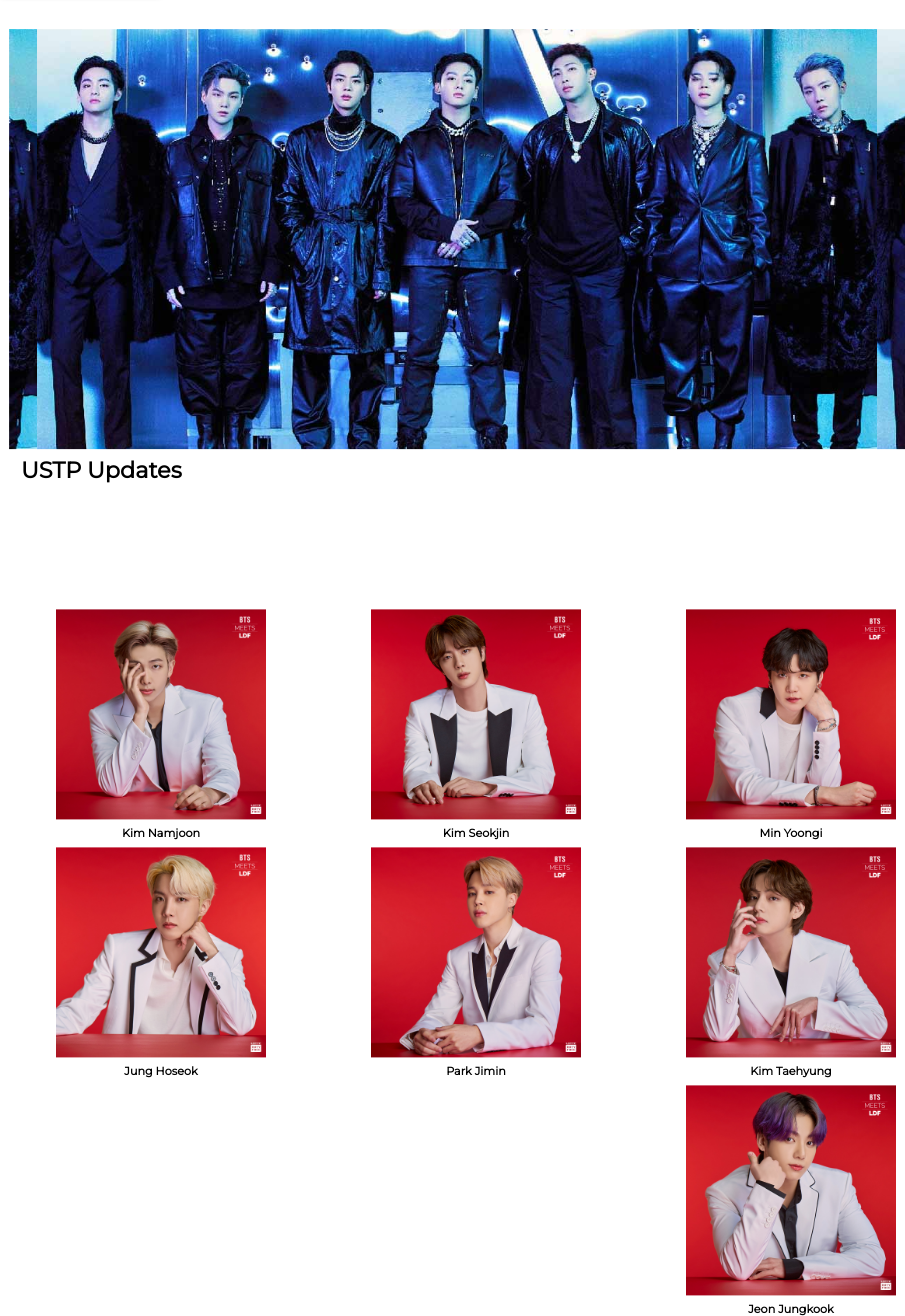
Repository: Joy5345/Colis-MidTerm_PIT
Page: index.html
An editor plug-in stored every save of this project. The page is shown before and after the next save, followed by the edit.
The browser window is 1280 px wide. The page is 1293 px wide, so the pictures cover 1293 px, including what lies to the right of the window. The pictures show the part of the page from y = 911 to 2791 px (the page is 2791 px tall before and 2468 px after), at 70% of full size.

Above is the page before, as saved 2023-07-29 19:56:34.

### index.html
<!DOCTYPE html>
<html lang="en">
<head>
    <meta charset="UTF-8">
    <meta name="viewport" content="width=device-width, initial-scale=1.0">
    <link rel="stylesheet" href="css/style.css">
    <link rel="stylesheet" href="https://cdnjs.cloudflare.com/ajax/libs/font-awesome/6.4.0/css/all.min.css" integrity="sha512-iecdLmaskl7CVkqkXNQ/ZH/XLlvWZOJyj7Yy7tcenmpD1ypASozpmT/E0iPtmFIB46ZmdtAc9eNBvH0H/ZpiBw==" crossorigin="anonymous" referrerpolicy="no-referrer" />
    <link rel="preconnect" href="https://fonts.googleapis.com">
    <link rel="preconnect" href="https://fonts.gstatic.com" crossorigin>
    <link href="https://fonts.googleapis.com/css2?family=Montserrat:wght@100;200;300;400&display=swap" rel="stylesheet">
    <title>USTP</title>

</head>
<body>
    <div class="main1">
        <div class="nav-menu1">
            <nav>
                <ul>
                    <li><a href="#"><i class="fa-solid fa-arrow-up-right-from-square"></i>Career Center</a></li>
                    <li><a href="#"><i class="fa-solid fa-arrow-up-right-from-square"></i>Student Affairs</a></li>
                    <li><a href="#"><i class="fa-solid fa-arrow-up-right-from-square"></i>Alumni Affairs</a></li>
                    <li><a href="#"><i class="fa-solid fa-arrow-up-right-from-square"></i>Employees</a></li>
                    <li><a href="#"><i class="fa-solid fa-ear-listen"></i>COVID-19 Response</a></li>
                </ul>
            </nav>

            <div class="nav-icon">
                <a href="#"><i class="fa-solid fa-magnifying-glass"></i></a>
                <a href="#"><i class="fa-brands fa-twitter"></i></a>
                <a href="#"><i class="fa-brands fa-instagram"></i></a>
                <a href="#"><i class="fa-brands fa-youtube"></i></a>
                <a href="#"><i class="fa-brands fa-facebook-f"></i></a>
            </div>
        </div>
    </div>

    <div class="nav-menu2">
        <div class="container1">
            <nav>
                <div class="logo1">
                    <img src="images/USTP logo.png" alt="USTP" class="Univ">
                </div>
            </nav>


            <div class="nav-services">
                    <ul>
                        <li><a href="#">About <i class="fa-solid fa-angle-down"></i></a></li>
                        <li><a href="#">Academics <i class="fa-solid fa-angle-down"></i></a></li>
                        <li><a href="#">Research, Innovation & Entrepreneurship <i class="fa-solid fa-angle-down"></i></a></li>
                        <li><a href="#">Global <i class="fa-solid fa-angle-down"></i></a></li>
                        <li><a href="#">Updates <i class="fa-solid fa-angle-down"></i></a></li>
                        <li><a href="#">Services <i class="fa-solid fa-angle-down"></i></a></li>
                    </ul>
            </div>

        </div>
    </div>

    <div class="wallpaper1"></div>

    <div class="logos">
        <div class="container2">
            <img src="images/logo1.png" alt="Logo 1">
            <img src="images/logo2.png" alt="Logo 2">
            <img src="images/logo3.png" alt="Logo 3">
            <img src="images/logo4.png" alt="Logo 4">
            <img src="images/logo5.png" alt="Logo 5">
            <img src="images/logo6.png" alt="Logo 6">
        </div>
    </div>

    <div class="about-ustp-header">
        <nav class="about-ustp">
            <a href="#">ABOUT USTP</a>
        </nav>
    </div>

        <div>
            <div class="info">
                <p>Lorem ipsum dolor sit, amet consectetur adipisicing elit. Mollitia esse quisquam, velit laboriosam unde nostrum, vel beatae voluptate tempora commodi culpa consequatur perferendis corporis officia dignissimos eveniet assumenda consequuntur natus perspiciatis rem aspernatur recusandae. Laborum aspernatur quo sequi molestiae provident, amet reprehenderit, modi quaerat ut cum temporibus accusantium eveniet tenetur.</p> <br>

                <p>Lorem ipsum dolor sit amet consectetur adipisicing elit. Temporibus quos harum officiis quae incidunt nam vero consectetur similique cumque quisquam. Doloribus exercitationem perspiciatis sed obcaecati voluptas eum quam delectus temporibus veritatis, recusandae laboriosam minus quos ad sint quaerat corporis omnis voluptatem eveniet sit aperiam cupiditate. Dolor minus temporibus voluptatum tempora!</p>
            </div>
        </div>
    </div>

    <div class="learn-more">
        <div class="learn-more-btn">
            <a href="#" class="learn-more-link">Learn more about USTP</a>
        </div>
    </div>

    <div class="wallpaper2"></div>

    <h1>USTP Updates</h1>

    <div class="container4">
        <div class="card">
            <img src="images/kim namjoon.jpg" alt="card1">
            <div class="name">
              <p>Kim Namjoon</p>
            </div>
        </div>

        <div class="card">
            <img src="images/kim seokjin.jpg" alt="card2">
            <div class="name">
              <p>Kim Seokjin</p>
            </div>
        </div>

        <div class="card">
            <img src="images/min yoongi.jpg" alt="card3">
            <div class="name">
              <p>Min Yoongi</p>
            </div>
        </div>

        <div class="card">
            <img src="images/jung hoseok.jpg" alt="card4">
            <div class="name">
              <p>Jung Hoseok</p>
            </div>
        </div>

        <div class="card">
            <img src="images/park jimin.jpg" alt="card5">
            <div class="name">
              <p>Park Jimin</p>
            </div>
        </div>

        <div class="card">
            <img src="images/kim taehyung.jpg" alt="card6">
            <div class="name">
              <p>Kim Taehyung</p>
            </div>
        </div>

        <div class="card">
            <img src="images/jeon jungkook.jpg" alt="card7">
            <div class="name">
              <p>Jeon Jungkook</p>
            </div>
        </div>
    </div>


</body>
</html>

### css/style.css
*{
    font-family: Montserrat;
    box-sizing: border-box;
    margin: 0 0;
}
.main1{
    display: flex;
    background-color: rgb(17, 17, 56);
    color: aliceblue;
    width: 100%;
    justify-content: center;
    padding-top: 10px;
    padding-bottom: 10px;

}
.nav-menu1{
    width: 80%;
    background-color: rgb(17, 17, 56);
    display: flex;
    align-items: center;
    justify-content: space-between;
}
nav ul{
    list-style: none;
}
nav ul li{
   display: inline-flex;
   list-style: none;
}
nav ul li a{
    margin-right: 10px;
    color: aliceblue;
    font-size: .8rem;
    text-decoration: none;
}
nav ul li a i{
    margin-right: 10px;
}
.fa-solid{
    margin-left: 5px;
}
.nav-icon i{
    margin-left: 20px;
    color: aliceblue;
}
.fa-magnifying-glass{
    color: aliceblue;
    font-size: 1rem;
    font-weight: bolder;
}
.nav ul li a:hover{
    color:gold;
}
.nav-icon i:hover{
    color: gold;
}

.nav-menu2{
    background-color: #fff;
    padding: 5px;
    display: flex;
    align-items: center;
    justify-content: space-between;
}

.container1 {
    display: flex;
    align-items: center;
}

.Univ{
    width: 350px;
    margin-right: 10px;
}

.nav-services ul{
    display: flex;
    margin-left: auto;
    align-items:end;
    text-decoration: none;
}

.nav-services > ul li{
    display: inline-flex;
    margin-left: 20px;
    list-style: none;
}

.nav-services > ul li a{
    text-decoration: none;
    color:black;
    font-weight: bold;
    font-size: small;
    margin-left: 10px;
}

.nav-services > ul li a i{
    margin-left: 10px;
}

.nav-services > ul li a:hover{
    color: gray;
}

.wallpaper1{
    height: 350px;
    width: 100%;
    margin-left: 1%;
    background-image: url("../images/bts1.jpg");
    border-top-left-radius: 50px;
    border-bottom-right-radius: 50px;
    background-position: center center;
}

.logos{
    background-color: #f0f0f0;
    padding: 20px 0;
    text-align: center;
}

.container2{
    display: flex;
    justify-content: center;
}

.container2 img {
    max-width: 70px;
    margin: 0 15px;
}

.about-ustp-header{
    background-color: #220e5f;
    padding: 20px 20px 20px 20px;
    justify-content: flex-end;
    border-radius: 10px;
}

.about-ustp{
    text-transform: uppercase;
    text-align: right;
}

.about-ustp a {
    color: #fff;
    text-decoration: none;
    margin-left: auto;
}

.info {
    padding: 40px 20px;
    background-color: #fff;
    text-align: justify;
}

.info-content {
    max-width: 500px;
    margin: 0 auto;
}


.info-content p {
    font-size: 16px;
    margin-bottom: 100px;
}

.learn-more-btn {
    text-align: right;
    margin-bottom: 50px;
    background-color: #220e5f;
    position: right;
    align-items: flex-end;
    width: fit-content;
}

.learn-more-link {
    display: inline-block;
    padding: 10px 20px;
    background-color: var(--primary-color);
    color: goldenrod;
    text-decoration: none;
    border-radius: 5px;
    font-size: 16px;
    box-shadow: 0 4px 8px rgba(0, 0, 0, 0.2);
    transition: background-color 0.2s ease;
}

.learn-more-link:hover {
    text-decoration-color: #220e5f;
    background-color: goldenrod;
}

.wallpaper2{
    height: 600px;
    width: 100%;
    margin-left: 1%;
    background-image: url("../images/bts3.jpg");
    background-position: center center;
}

h1{
    padding: 10px;
    padding-left: 30px;
}

.container4 {
    display: flex;
    height: 100vh;
    width: 100vw;
    gap: 70px;
    flex-wrap: wrap;
  }

  @media screen and (max-width: 1600px) {
    .card {
      width: 300px;
    }
  }

  @media screen and (max-width: 800px) {
    .card {
      width: 500px;
    }
    .card-container {
      justify-content: center;
    }
  }

  .card{
    height: 100px;
    width: 300px;
    display: flex;
    flex-direction: column;
    gap: 10px;
    margin-top: 170px;
    margin-left: auto;
    transition: ease-in-out 600ms;
}

.name{
    text-align: center;
    font-weight: bolder;
}

After the next save:
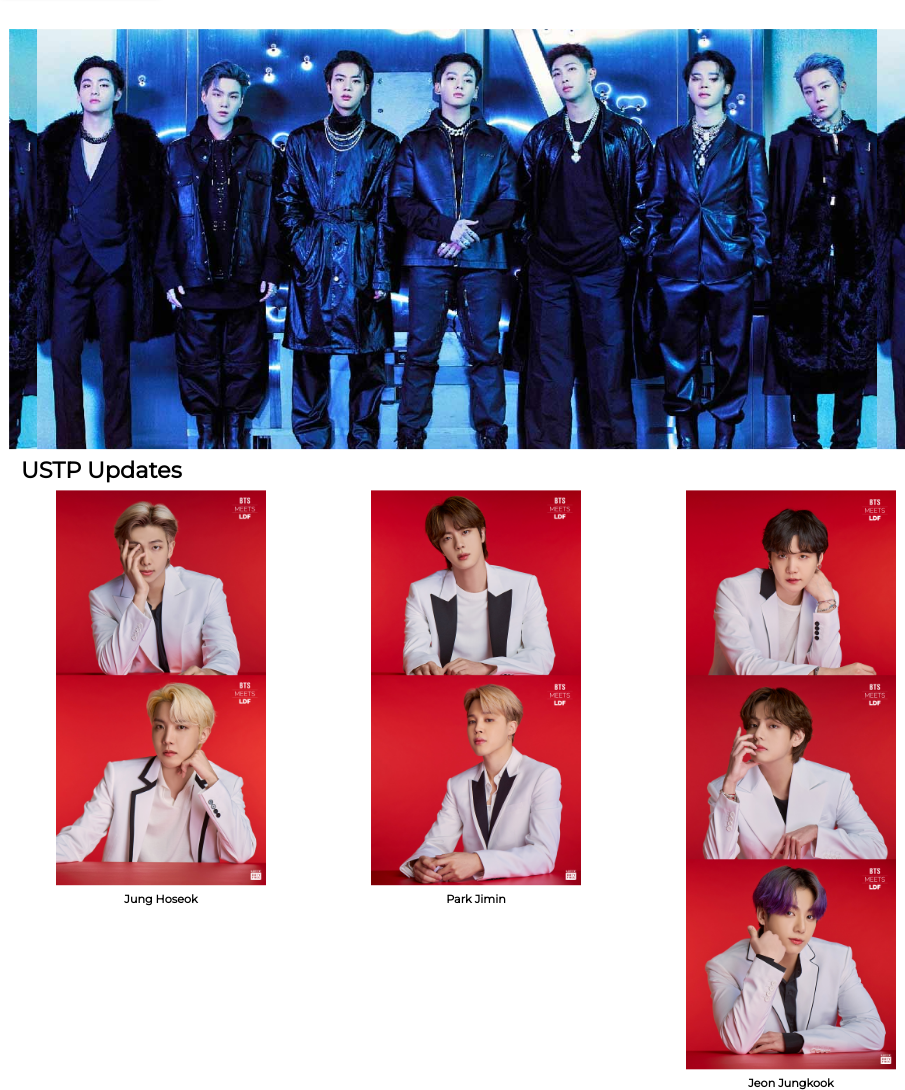
Saved 19 s later.
--- a/css/style.css
+++ b/css/style.css
@@ -231,7 +231,6 @@
     display: flex;
     flex-direction: column;
     gap: 10px;
-    margin-top: 170px;
     margin-left: auto;
     transition: ease-in-out 600ms;
 }

After the save that followed:
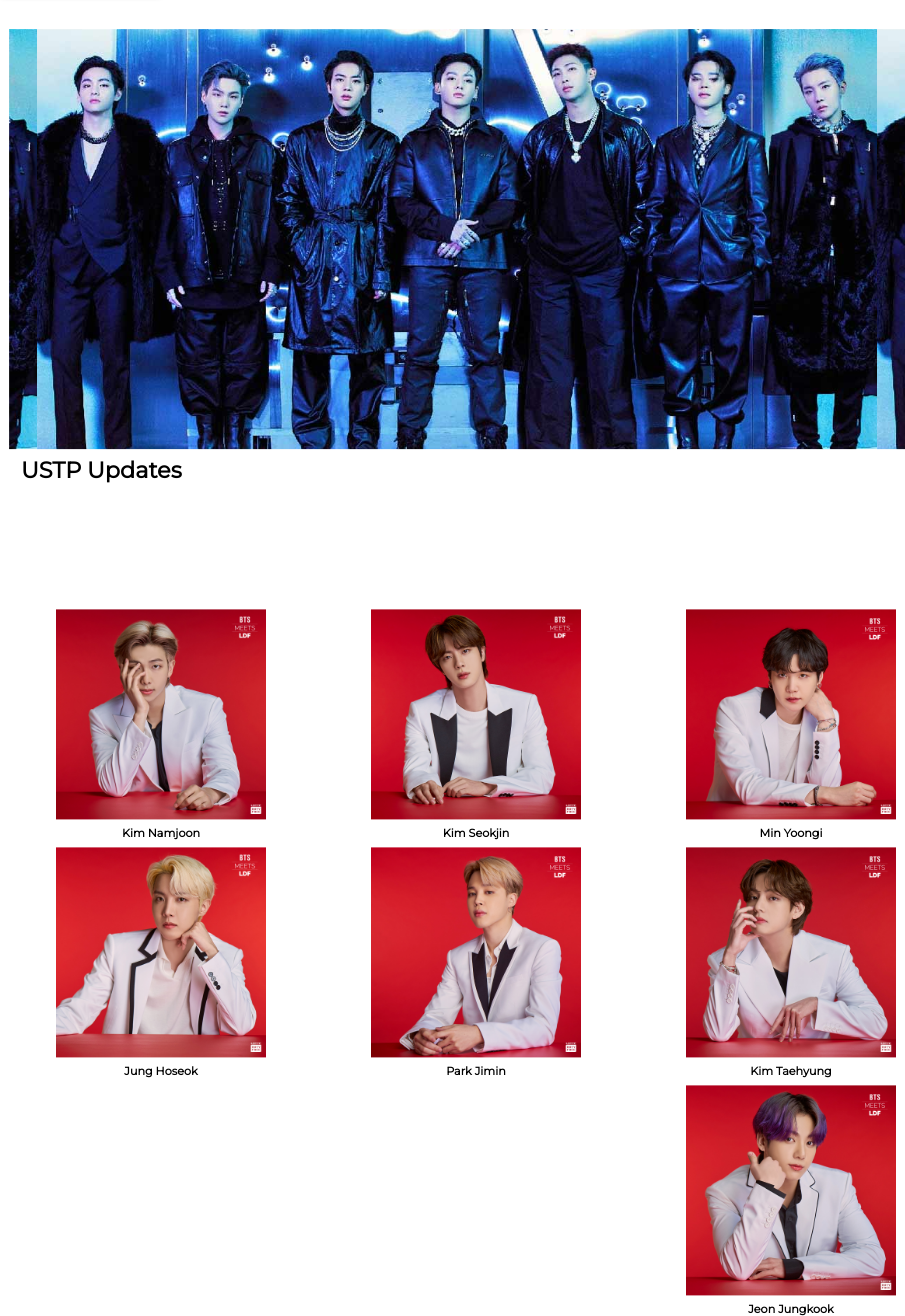
Saved 20 s later.
--- a/css/style.css
+++ b/css/style.css
@@ -231,6 +231,7 @@
     display: flex;
     flex-direction: column;
     gap: 10px;
+    margin-top: 170px;
     margin-left: auto;
     transition: ease-in-out 600ms;
 }
